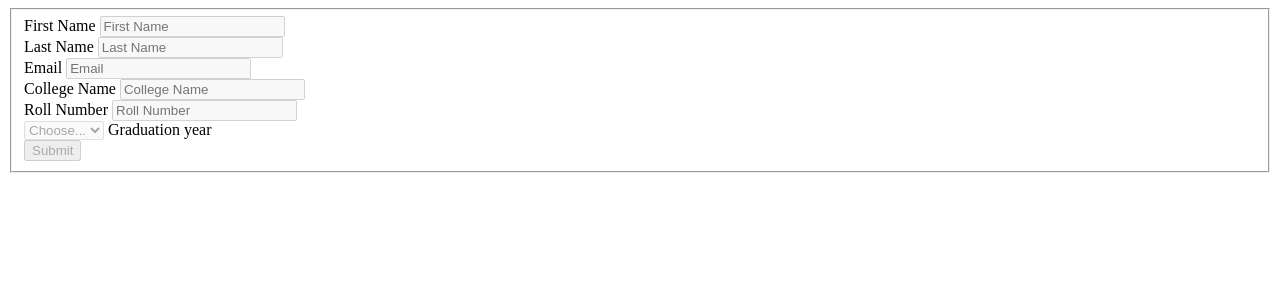
Repository: acciojob/bootstrap-form-easy-vandanayadav15
Page: main.html
An editor plug-in stored every save of this project. The page is shown before and after the next save, followed by the edit.
The browser window is 1280 px wide. The pictures show the whole page.

Above is the page before, as saved 2022-10-23 13:56:12.

After the next save:
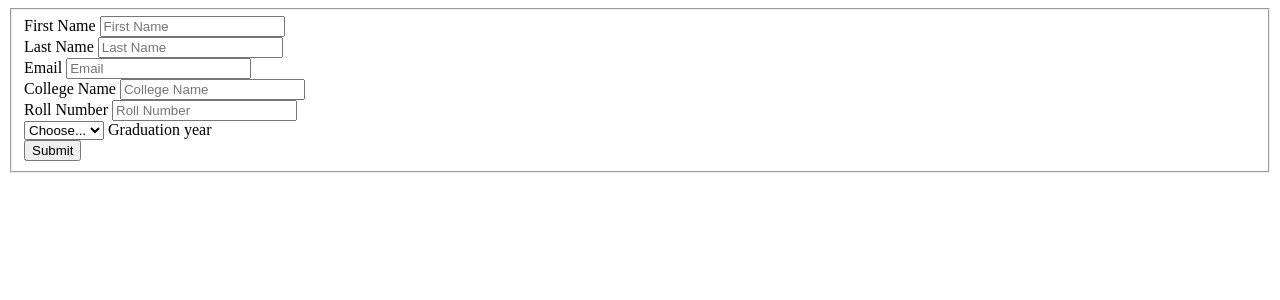
Saved 31 s later.
--- a/main.html
+++ b/main.html
@@ -9,7 +9,7 @@
 <body>
 	<!-- the entire body must be written by student -->
 <form>
-	<fieldset disabled>
+	<fieldset>
 		<!-- <legend>Disabled fieldset example</legend> -->
 		<div class="mb-3">
 			<label for="disabledTextInput" class="form-label">First Name</label>
